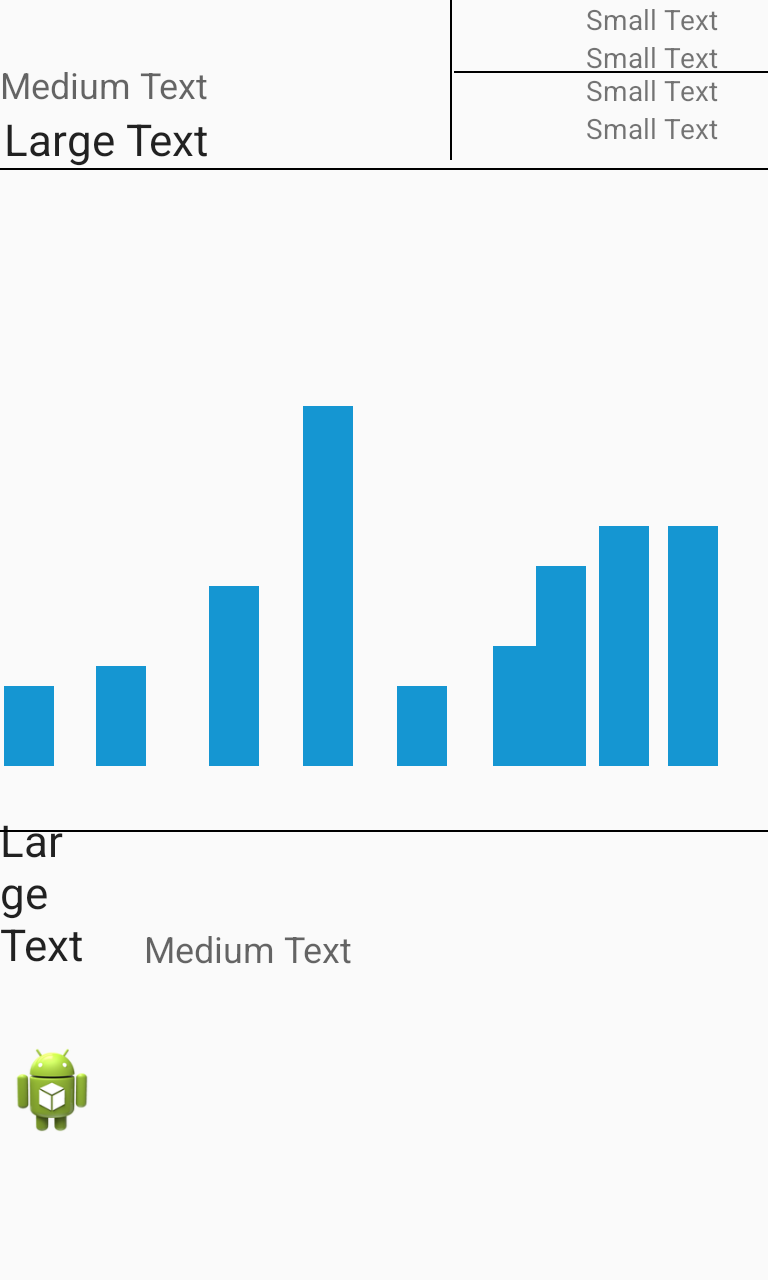
Repository: RibuRoyson/exercise
Layout: Layout1/res/layout/activity_main.xml
An editor plug-in stored every save of this project. The layout is shown before and after the next save, followed by the edit.
It is drawn on a 768 x 1280 px phone screen (xhdpi) without system bars, with theme AppTheme; the app's code is not run.

Above is the layout before, as saved 2015-02-16 08:35:49.

### Layout1/res/layout/activity_main.xml
<RelativeLayout xmlns:android="http://schemas.android.com/apk/res/android"
    xmlns:tools="http://schemas.android.com/tools"
    android:layout_width="match_parent"
    android:layout_height="match_parent"
    tools:context="com.example.layout1.MainActivity" >

    <TextView
        android:id="@+id/textView1"
        android:layout_width="wrap_content"
        android:layout_height="wrap_content"
        android:layout_alignParentLeft="true"
        android:layout_alignParentTop="true"
        android:layout_marginTop="30dp"
        android:text="Medium Text"
        android:textAppearance="?android:attr/textAppearanceMedium" />

    <TextView
        android:id="@+id/textView2"
        android:layout_width="wrap_content"
        android:layout_height="wrap_content"
        android:layout_alignRight="@+id/textView1"
        android:layout_below="@+id/textView1"
        android:text="Large Text"
        android:textAppearance="?android:attr/textAppearanceLarge" />

    <TextView
        android:id="@+id/textView3"
        android:layout_width="wrap_content"
        android:layout_height="wrap_content"
        android:layout_alignParentRight="true"
        android:layout_alignTop="@+id/textView2"
        android:layout_marginRight="25dp"
        android:text="Small Text"
        android:textAppearance="?android:attr/textAppearanceSmall" />

    <View
        android:id="@+id/view1"
        android:layout_width="match_parent"
        android:layout_height="1dp"
        android:layout_alignLeft="@+id/textView1"
        android:layout_below="@+id/textView2"
        android:background="#000000" />

    <View
        android:id="@+id/view2"
        android:layout_width="1dp"
        android:layout_height="80dp"
        android:layout_alignParentTop="true"
        android:layout_marginRight="67dp"
        android:layout_toLeftOf="@+id/textView3"
        android:background="#000000" />

    <TextView
        android:id="@+id/textView4"
        android:layout_width="wrap_content"
        android:layout_height="wrap_content"
        android:layout_alignParentTop="true"
        android:layout_alignRight="@+id/textView3"
        android:text="Small Text"
        android:textAppearance="?android:attr/textAppearanceSmall" />

    <TextView
        android:id="@+id/textView5"
        android:layout_width="wrap_content"
        android:layout_height="wrap_content"
        android:layout_alignLeft="@+id/textView4"
        android:layout_below="@+id/textView4"
        android:text="Small Text"
        android:textAppearance="?android:attr/textAppearanceSmall" />

    <TextView
        android:id="@+id/textView6"
        android:layout_width="wrap_content"
        android:layout_height="wrap_content"
        android:layout_above="@+id/textView3"
        android:layout_alignRight="@+id/textView3"
        android:text="Small Text"
        android:textAppearance="?android:attr/textAppearanceSmall" />

    <View
        android:id="@+id/view3"
        android:layout_width="157dp"
        android:layout_height="1dp"
        android:layout_alignParentRight="true"
        android:layout_alignTop="@+id/textView6"
        android:background="#000000" />

    <View
        android:id="@+id/view4"
        android:layout_width="25dp"
        android:layout_height="40dp"
        android:layout_alignLeft="@+id/textView2"
        android:layout_below="@+id/textView2"
        android:layout_marginTop="259dp"
        android:background="#1596D2" />

    <View
        android:id="@+id/view8"
        android:layout_width="25dp"
        android:layout_height="40dp"
        android:layout_alignBottom="@+id/view7"
        android:layout_marginLeft="22dp"
        android:layout_toRightOf="@+id/view7"
        android:background="#1596D2" />

    <View
        android:id="@+id/view9"
        android:layout_width="25dp"
        android:layout_height="60dp"
        android:layout_alignBottom="@+id/view8"
        android:layout_marginLeft="23dp"
        android:layout_toRightOf="@+id/view8"
        android:background="#1596D2" />

    <View
        android:id="@+id/view5"
        android:layout_width="25dp"
        android:layout_height="50dp"
        android:layout_alignBottom="@+id/view4"
        android:layout_marginLeft="21dp"
        android:layout_toRightOf="@+id/view4"
        android:background="#1596D2" />

    <View
        android:id="@+id/view6"
        android:layout_width="25dp"
        android:layout_height="90dp"
        android:layout_alignBottom="@+id/view5"
        android:layout_toRightOf="@+id/textView2"
        android:background="#1596D2" />

    <View
        android:id="@+id/view7"
        android:layout_width="25dp"
        android:layout_height="180dp"
        android:layout_alignBottom="@+id/view6"
        android:layout_marginLeft="22dp"
        android:layout_toRightOf="@+id/view6"
        android:background="#1596D2" />

    <View
        android:id="@+id/view11"
        android:layout_width="25dp"
        android:layout_height="180dp"
        android:layout_alignBottom="@+id/view6"
        android:layout_marginLeft="22dp"
        android:layout_toRightOf="@+id/view6"
        android:background="#1596D2" />

    <View
        android:id="@+id/view10"
        android:layout_width="25dp"
        android:layout_height="120dp"
        android:layout_alignBottom="@+id/view9"
        android:layout_marginLeft="28dp"
        android:layout_toRightOf="@+id/view9"
        android:background="#1596D2" />

    <View
        android:id="@+id/view12"
        android:layout_width="25dp"
        android:layout_height="100dp"
        android:layout_alignBottom="@+id/view10"
        android:layout_toLeftOf="@+id/textView3"
        android:background="#1596D2" />

    <View
        android:id="@+id/view13"
        android:layout_width="25dp"
        android:layout_height="120dp"
        android:layout_alignBottom="@+id/view12"
        android:layout_alignRight="@+id/textView3"
        android:background="#1596D2" />

    <View
        android:id="@+id/view14"
        android:layout_width="match_parent"
        android:layout_height="1dp"
        android:layout_alignParentLeft="true"
        android:layout_below="@+id/view4"
        android:layout_marginTop="32dp"
        android:background="#000000" />

    <ImageView
        android:id="@+id/imageView1"
        android:layout_width="wrap_content"
        android:layout_height="wrap_content"
        android:layout_alignLeft="@+id/view4"
        android:layout_below="@+id/view4"
        android:layout_marginTop="138dp"
        android:src="@drawable/ic_launcher" />

    <TextView
        android:id="@+id/textView7"
        android:layout_width="wrap_content"
        android:layout_height="wrap_content"
        android:layout_alignRight="@+id/view7"
        android:layout_below="@+id/view5"
        android:layout_marginTop="79dp"
        android:text="Medium Text"
        android:textAppearance="?android:attr/textAppearanceMedium" />

    <TextView
        android:id="@+id/textView8"
        android:layout_width="wrap_content"
        android:layout_height="wrap_content"
        android:layout_alignBottom="@+id/textView7"
        android:layout_alignRight="@+id/imageView1"

        android:text="Large Text"
        android:textAppearance="?android:attr/textAppearanceLarge" />

</RelativeLayout>

Loaded but not shown: Layout1/res/values/styles.xml (common file); Layout1/res/values-v11/styles.xml (common file); Layout1/res/values-v14/styles.xml (common file)

After the next save:
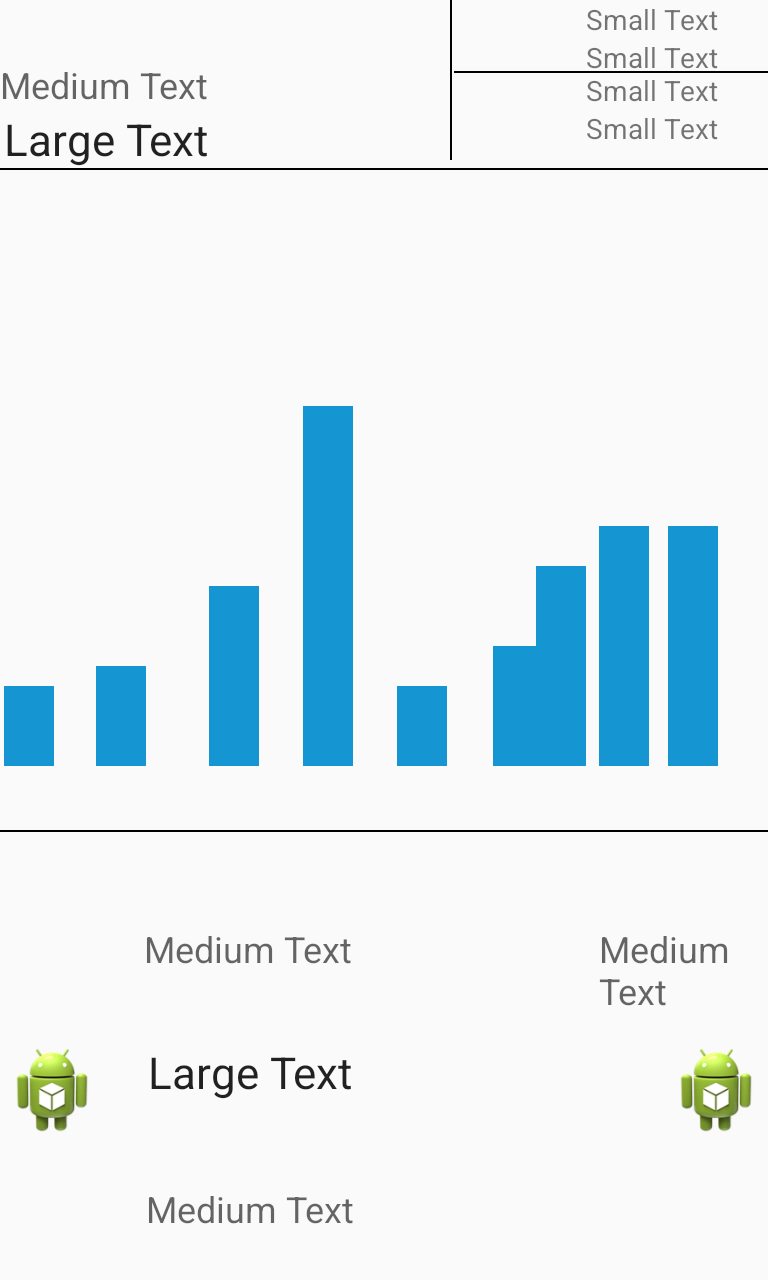
Saved 7 min 17 s later.
--- a/Layout1/res/layout/activity_main.xml
+++ b/Layout1/res/layout/activity_main.xml
@@ -204,10 +204,37 @@
         android:id="@+id/textView8"
         android:layout_width="wrap_content"
         android:layout_height="wrap_content"
-        android:layout_alignBottom="@+id/textView7"
-        android:layout_alignRight="@+id/imageView1"
-
+        android:layout_alignTop="@+id/imageView1"
+        android:layout_toLeftOf="@+id/view8"
         android:text="Large Text"
         android:textAppearance="?android:attr/textAppearanceLarge" />
 
+    <TextView
+        android:id="@+id/textView9"
+        android:layout_width="wrap_content"
+        android:layout_height="wrap_content"
+        android:layout_below="@+id/imageView1"
+        android:layout_marginTop="23dp"
+        android:layout_toRightOf="@+id/view5"
+        android:text="Medium Text"
+        android:textAppearance="?android:attr/textAppearanceMedium" />
+
+    <ImageView
+        android:id="@+id/imageView2"
+        android:layout_width="wrap_content"
+        android:layout_height="wrap_content"
+        android:layout_alignLeft="@+id/view13"
+        android:layout_alignTop="@+id/textView8"
+        android:src="@drawable/ic_launcher" />
+
+    <TextView
+        android:id="@+id/textView10"
+        android:layout_width="wrap_content"
+        android:layout_height="wrap_content"
+        android:layout_alignBaseline="@+id/textView7"
+        android:layout_alignBottom="@+id/textView7"
+        android:layout_alignLeft="@+id/view10"
+        android:text="Medium Text"
+        android:textAppearance="?android:attr/textAppearanceMedium" />
+
 </RelativeLayout>
